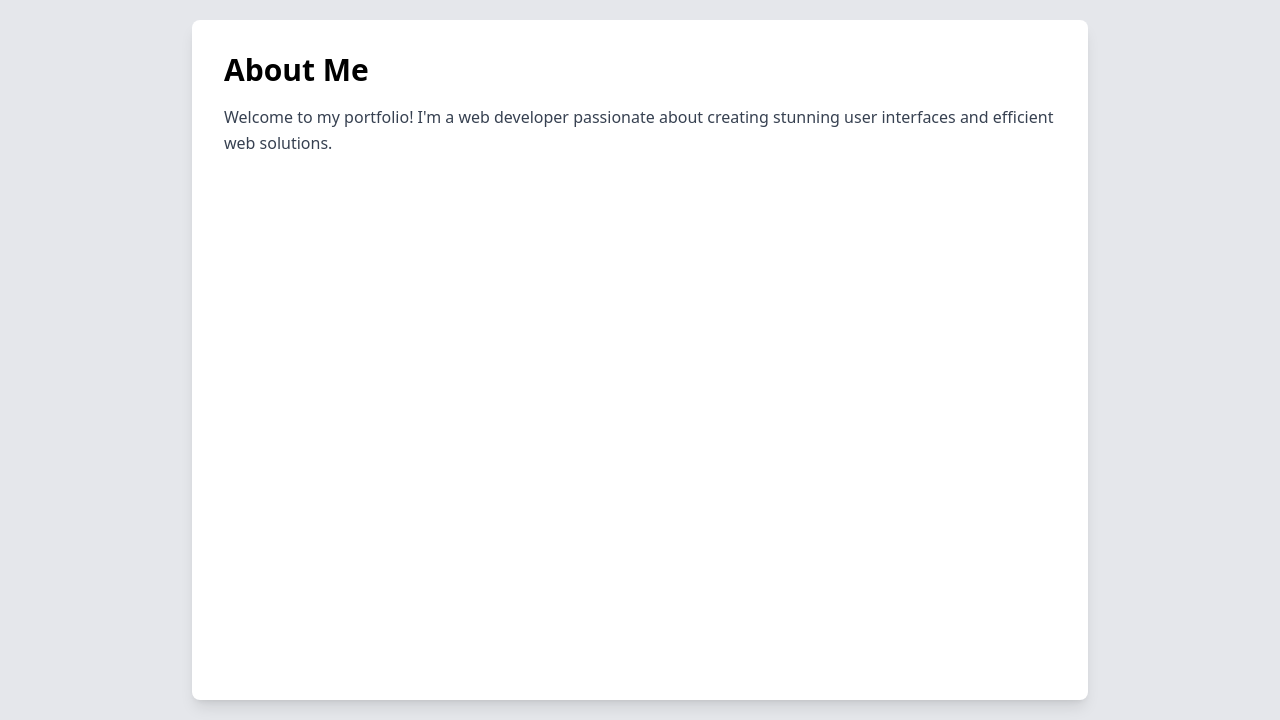
Repository: NikuMoradi/niku-moradi
Page: /
These files come from the project's save history. The page is drawn as it stood at one moment and after the next save; the edit follows.
The browser window is 1280 px wide. The pictures show the whole page.
The project was rebuilt for these pictures with package versions that can differ from the ones it lists, and the page was loaded fresh each time. The framework's server and built-in components were replaced by stand-ins that run in the browser. Also part of the build but not shown: nuxt.config.ts, components/Blog Posts/Component-Design.vue, components/Blog.vue, components/Contact.vue, components/Education.vue, components/Experience.vue, components/Hero.vue, components/LeftPanel.vue and 4 more.

Above is the page before, as saved 2024-11-29 09:00:01.

### assets/css/main.css
@tailwind base;
@tailwind components;
@tailwind utilities;

body {
  /* From https://css.glass */
  background: #ffffff;
}

@layer utilities {
  .panel-bg {
    background-color: blanchedalmond;
  }
}

### layouts/default.vue
<template>
  <div class="flex justify-center items-center min-h-screen bg-gray-200 px-4">
    <!-- Fixed Width Centered Card -->
    <div
      class="bg-white rounded-lg shadow-lg w-full max-w-4xl overflow-hidden"
      style="height: calc(100vh - 40px)"
    >
      <!-- Scrollable Content -->
      <div class="overflow-y-auto h-full">
        <NuxtPage />
      </div>
    </div>
  </div>
</template>

<style>
/* Add any custom global styles here */
body {
  background: linear-gradient(to bottom, #f0f0f0, #d0d0d0);
}
</style>

### app.vue
<!-- The app.vue is just holding the layout container and serving as the root.
 The default.vue layout handles the overall structure of the page.
All content from your pages will automatically be placed inside the NuxtPage slot of the layout.-->
<template>
  <NuxtLayout />
</template>

### pages/index.vue
<template>
  <div class="p-8">
    <h1 class="text-3xl font-bold mb-4">About Me</h1>
    <p class="text-gray-700 leading-relaxed">
      Welcome to my portfolio! I'm a web developer passionate about creating
      stunning user interfaces and efficient web solutions.
    </p>
  </div>
</template>

Loaded but not shown: tailwind.config.js (common file); plugins/aos.client.js (no copy from this time; the picture is the same without it)

After the next save:
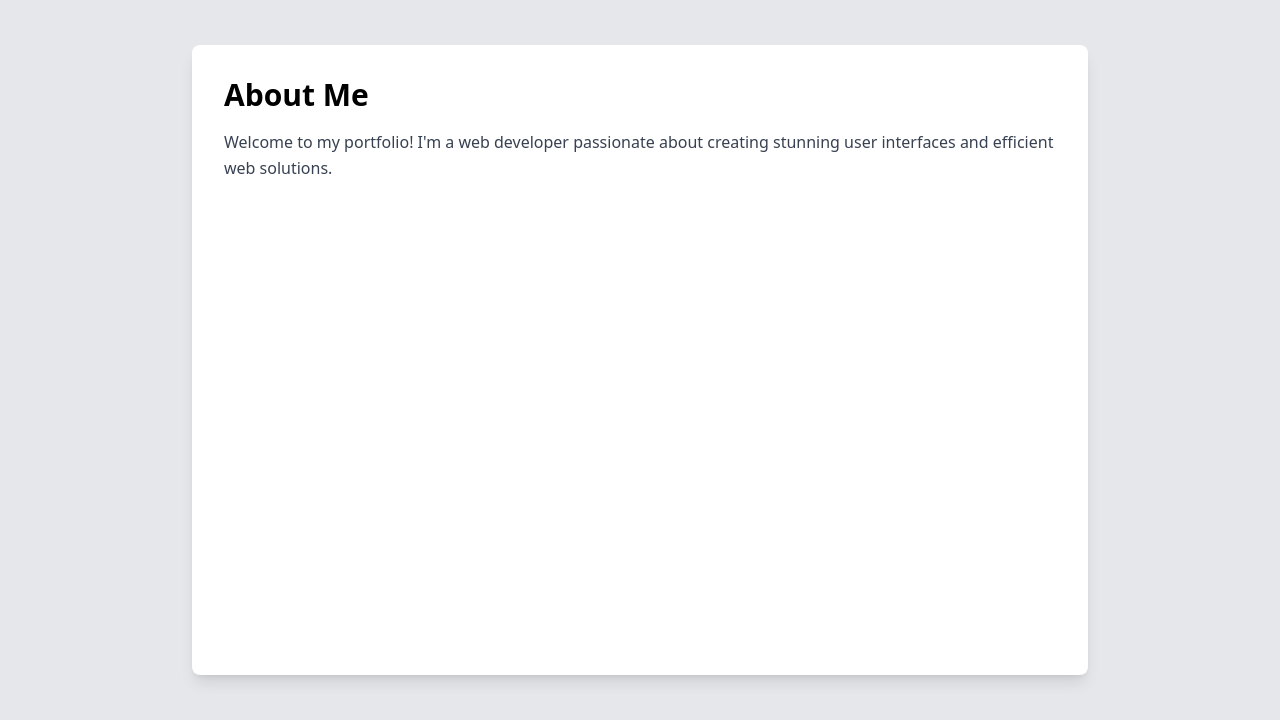
Saved 89 s later.
--- a/layouts/default.vue
+++ b/layouts/default.vue
@@ -3,7 +3,7 @@
     <!-- Fixed Width Centered Card -->
     <div
       class="bg-white rounded-lg shadow-lg w-full max-w-4xl overflow-hidden"
-      style="height: calc(100vh - 40px)"
+      style="height: calc(100vh - 90px)"
     >
       <!-- Scrollable Content -->
       <div class="overflow-y-auto h-full">

After the save that followed:
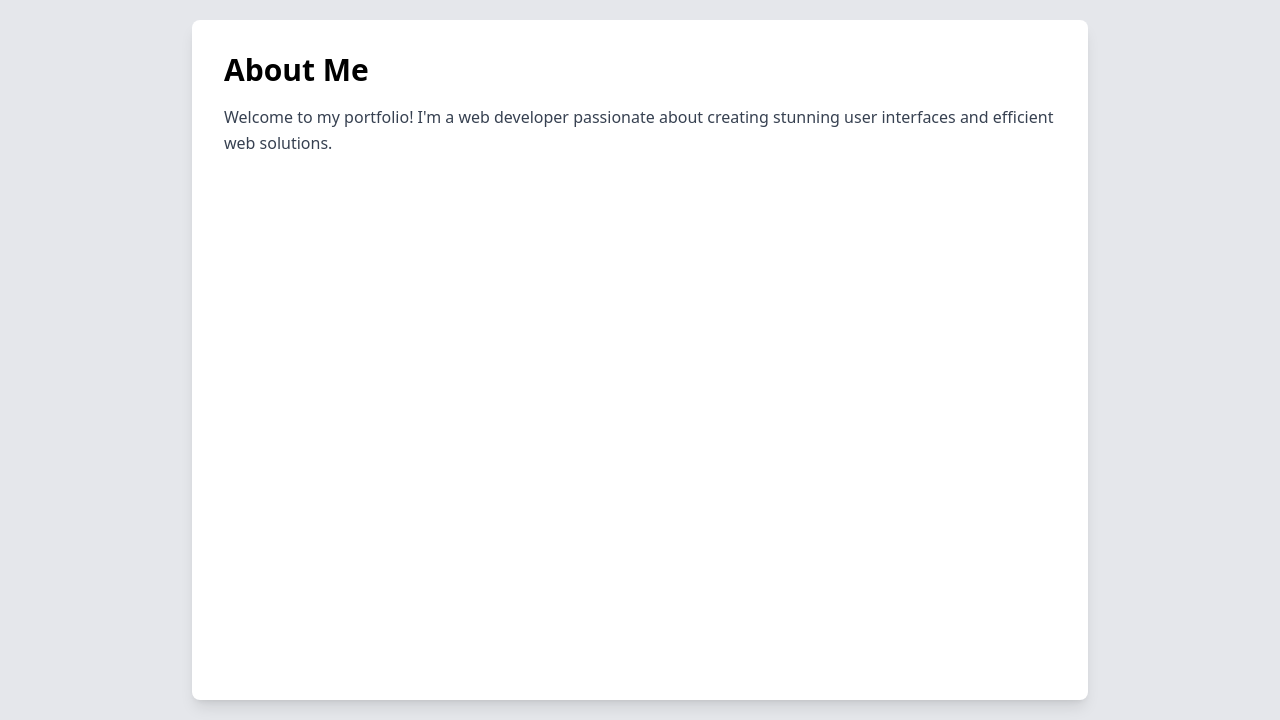
Saved 7 s later.
--- a/layouts/default.vue
+++ b/layouts/default.vue
@@ -3,7 +3,7 @@
     <!-- Fixed Width Centered Card -->
     <div
       class="bg-white rounded-lg shadow-lg w-full max-w-4xl overflow-hidden"
-      style="height: calc(100vh - 90px)"
+      style="height: calc(100vh - 40px)"
     >
       <!-- Scrollable Content -->
       <div class="overflow-y-auto h-full">
